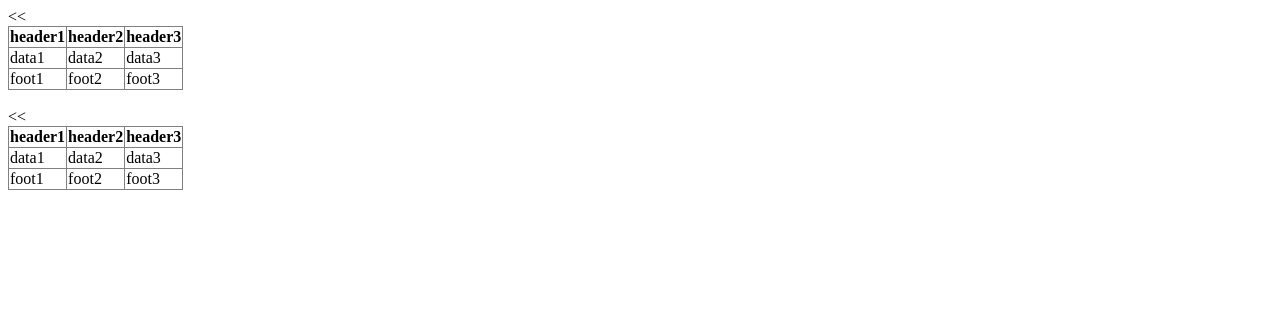
Repository: LucestDail/WebEclipse-Workspace
Page: htmlProject/WebContent/htmlEx6.html
These files come from the project's save history. The page is drawn as it stood at one moment and after the next save; the edit follows.
The browser window is 1280 px wide. The pictures show the whole page.

Above is the page before, as saved 2020-11-05 06:20:52.

After the next save:
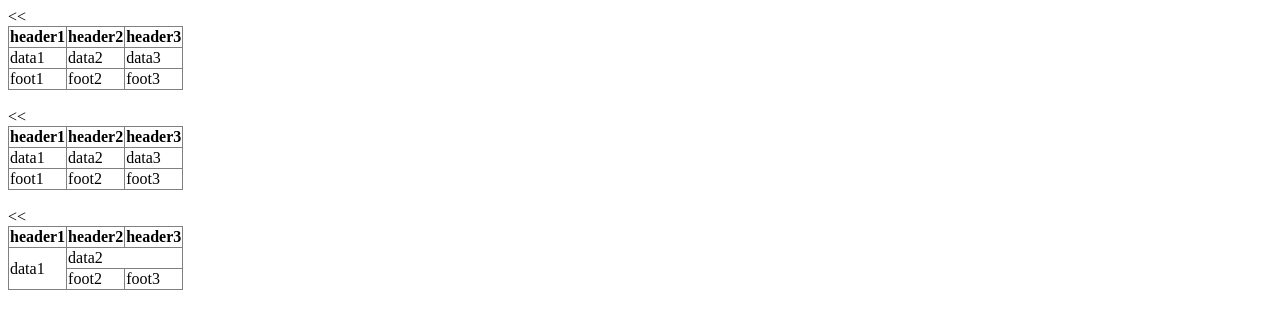
Saved 14 min 36 s later.
--- a/htmlProject/WebContent/htmlEx6.html
+++ b/htmlProject/WebContent/htmlEx6.html
@@ -17,5 +17,12 @@
 <tr><td>data1</td><<td>data2</td><td>data3</td></tr>
 <tr><td>foot1</td><<td>foot2</td><td>foot3</td></tr>
 </table><br>
+
+<table border = "1" style = "border-collapse :collapse;">
+<tr><th>header1</th><th>header2</th><th>header3</th></tr>
+<tr><td rowspan = "2">data1</td><<td colspan = "2">data2</td></tr>
+<tr><<td>foot2</td><td>foot3</td></tr>
+</table><br>
+
 </body>
 </html>
